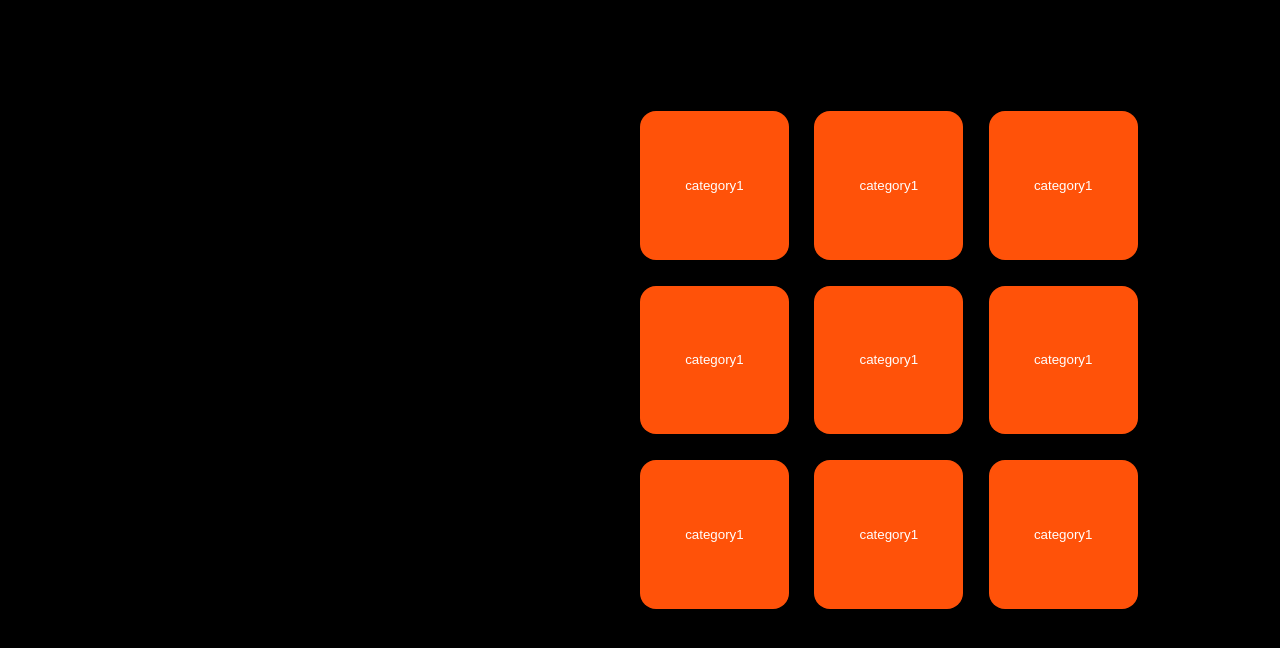
Repository: drumsmanku/react-capstone-project-2
Page: /categories
These files come from the project's save history. The page is drawn as it stood at one moment and after the next save; the edit follows.
The browser window is 1280 px wide. The pictures show the whole page.
Some web fonts or font styles are not loaded; a fallback is used. The project was rebuilt for these pictures with package versions that can differ from the ones it lists, and the page was loaded fresh each time. Also part of the build but not shown: src/components/RegistrationPage.js, src/components/SubmitSuccess.js.

Above is the page before, as saved 2023-05-24 08:48:06.

After the next save:
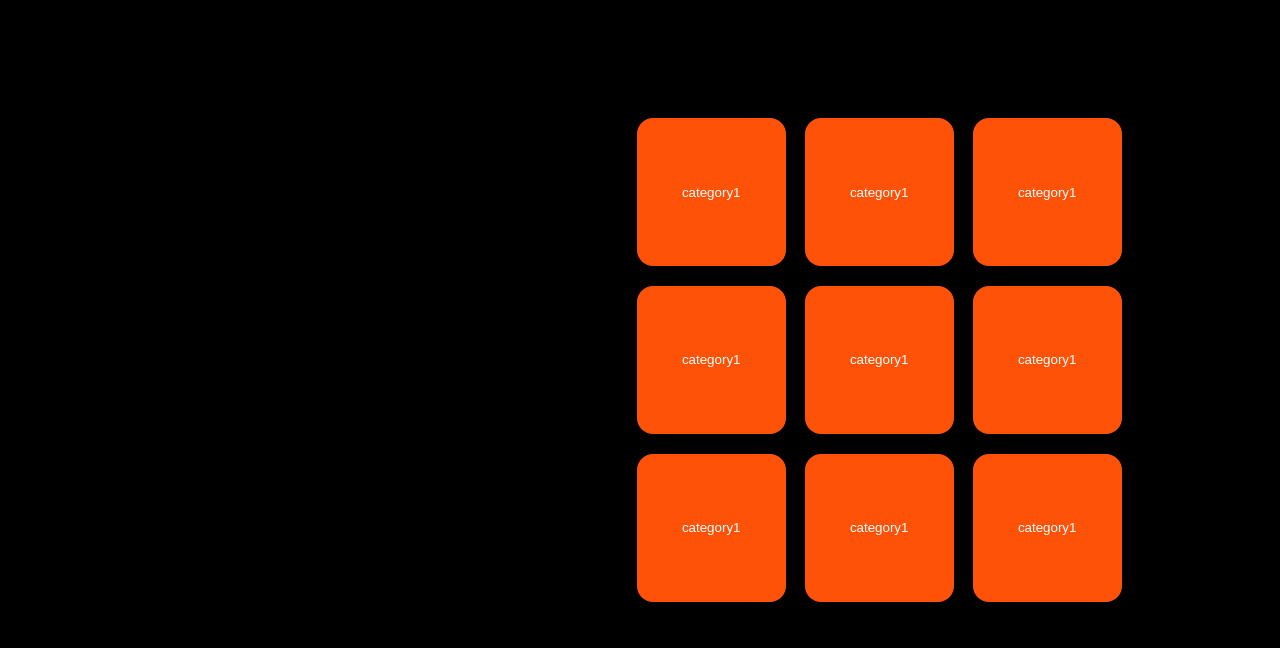
Saved 39 s later.
--- a/src/components/CategoriesPage.js
+++ b/src/components/CategoriesPage.js
@@ -11,7 +11,7 @@ function CategoriesPage(props) {
       <div className='second-container'>
         <div className='category-container'>
           {categories.map((category, index)=>(
-            <button style={{border:'none', background:'none',color:'white', backgroundColor:backgroundcolor[index], height:'9.3rem', width:'9.3rem', margin:'0.8rem', borderRadius:'1rem'}} key={index}>{category}</button>
+            <button style={{border:'none', background:'none',color:'white', backgroundColor:backgroundcolor[index], height:'9.3rem', width:'9.3rem', margin:'0.6rem', borderRadius:'1rem'}} key={index}>{category}</button>
           ))}
         </div>
         <div>
